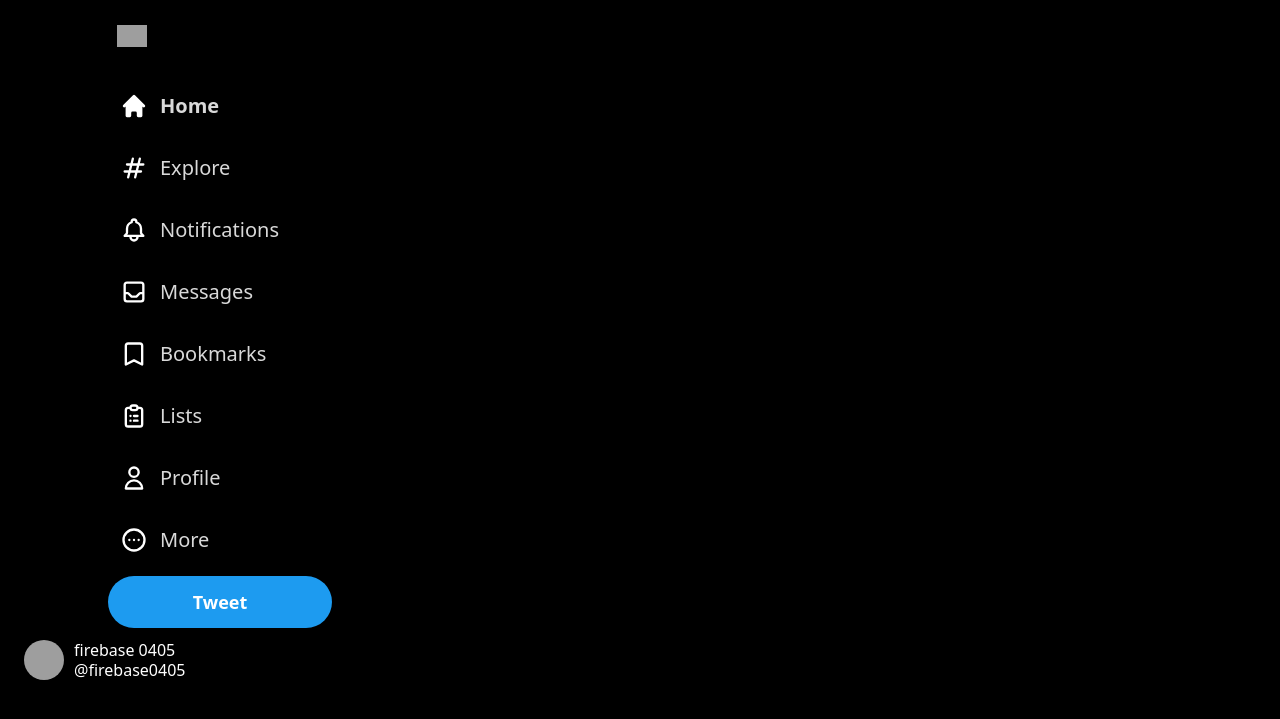
Repository: Kotilasco/kuly-twitter
Page: /
The author's editor kept a copy of each file at every save. The page is drawn from the files as they stood at one save, then again after the next save.
The browser window is 1280 px wide. The pictures show the whole page.
Pictures or frames that could not be fetched are drawn as grey boxes. The project was rebuilt for these pictures with package versions that can differ from the ones it lists, and the page was loaded fresh each time. The framework's server and built-in components were replaced by stand-ins that run in the browser. Also part of the build but not shown: next.config.js.

Above is the page before, as saved 2022-06-12 02:04:08.

After the next save:
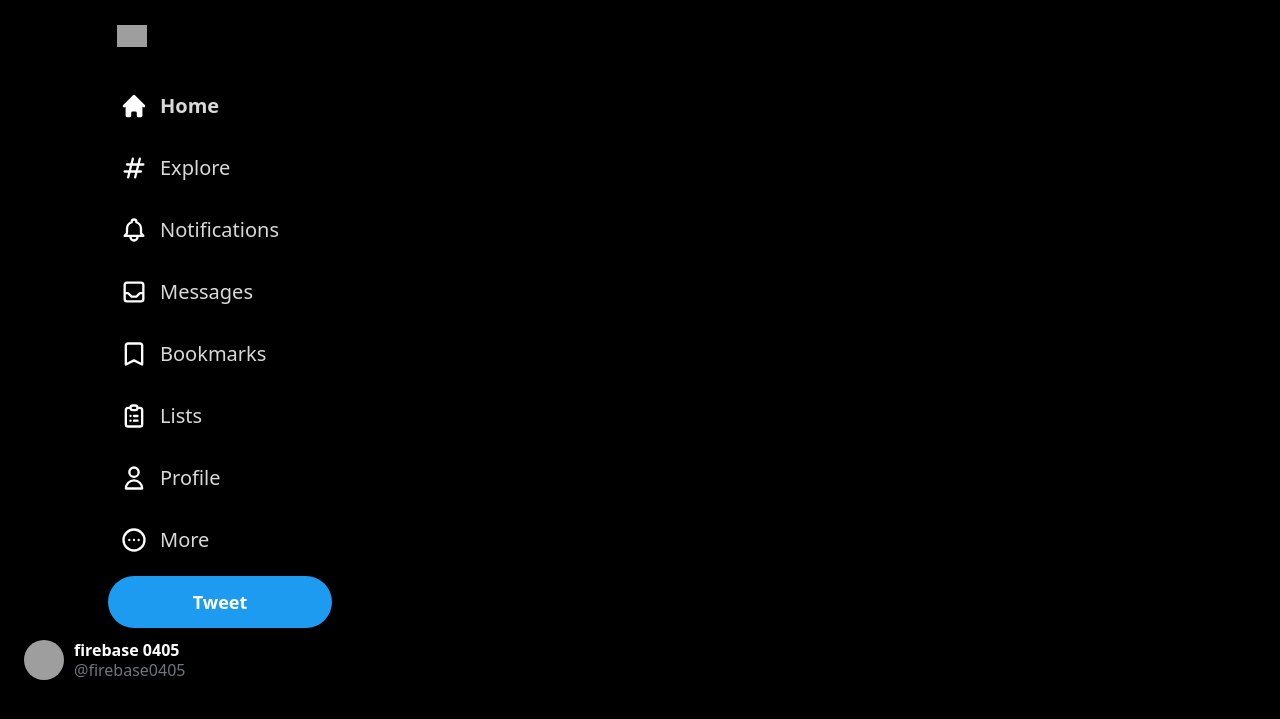
Saved 75 s later.
--- a/components/Sidebar.js
+++ b/components/Sidebar.js
@@ -41,8 +41,8 @@
         <img src="https://www.gstatic.com/mobilesdk/160503_mobilesdk/logo/2x/firebase_28dp.png" alt=""
         className="h-10 w-10 rounded-full xl:mr-2.5 " />
         <div className="hidden xl:inline leading-5 text-white">
-            <h4>firebase 0405</h4>
-            <p>@firebase0405</p>
+            <h4 className="font-bold">firebase 0405</h4>
+            <p className="text-[#6e767d]">@firebase0405</p>
         </div>
         </div>
     </div>
